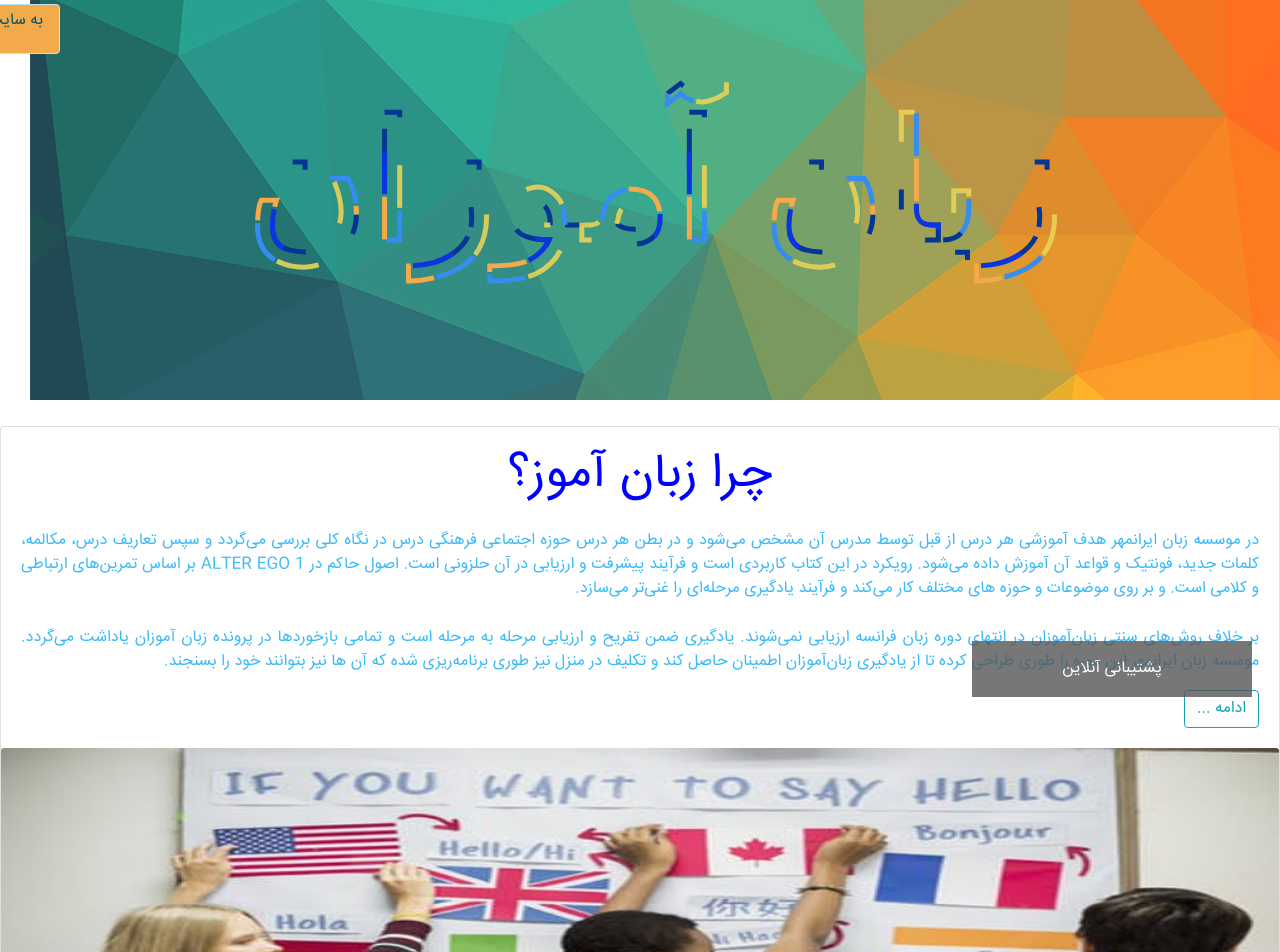
Repository: nikmahla/ZabanAmozan
Page: LanguageWebSite.html
These files come from the project's save history. The page is drawn as it stood at one moment and after the next save; the edit follows.
The browser window is 1280 px wide. The pictures show the part of the page from y = 0 to 952 px (the page is 3961 px tall).
A picture or video elsewhere on the page could not be fetched, so the positions and the page height are approximate.

Above is the page before, as saved 2019-10-11 22:38:00.

After the next save:
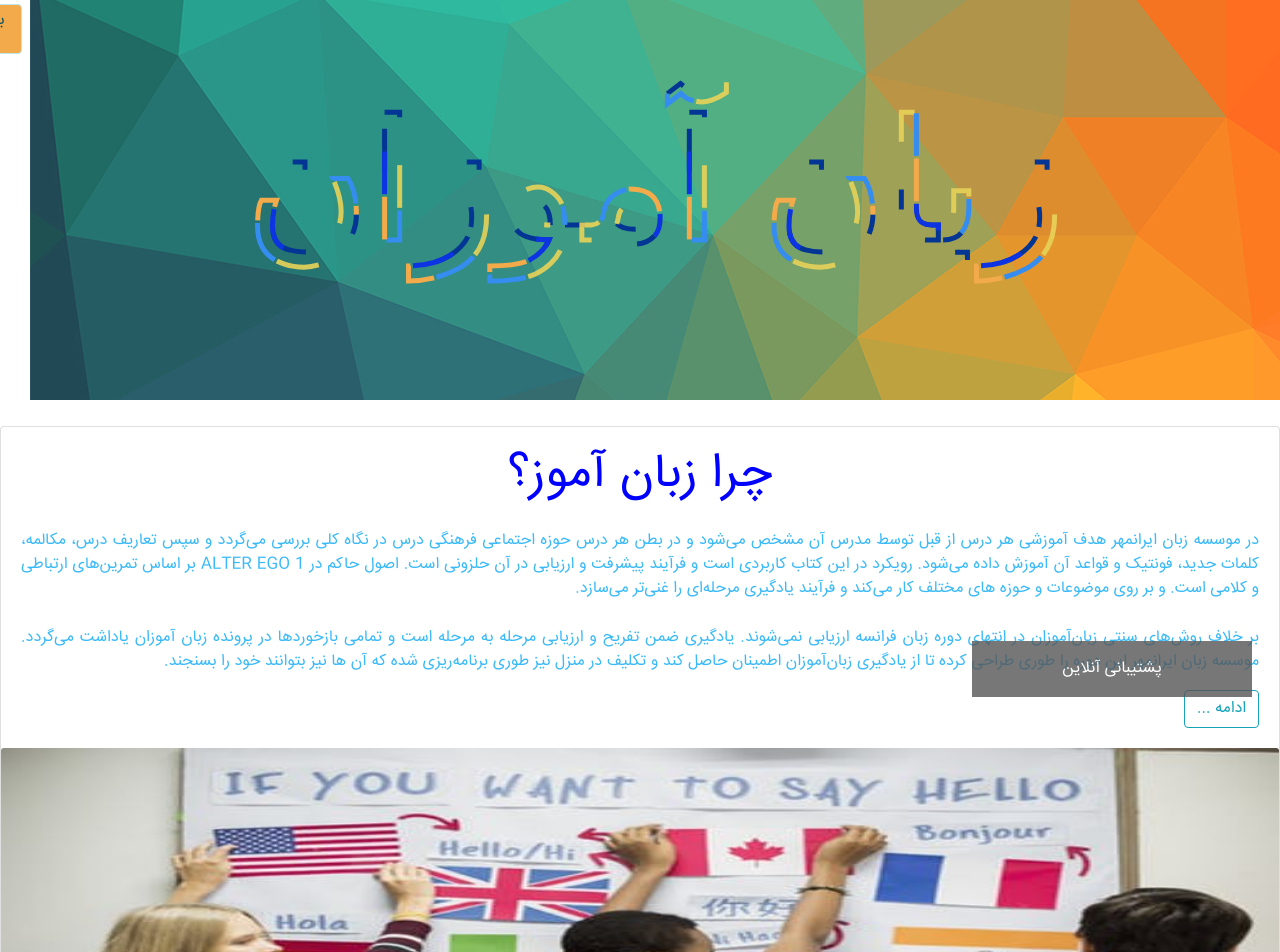
Saved 8 s later.
--- a/LanguageWebSite.html
+++ b/LanguageWebSite.html
@@ -304,7 +304,7 @@
                 $('#alert').slideDown('slow');
 
                 var alert = $('#alert');
-                alert.animate({ right: '95%' }, "2000");
+                alert.animate({ right: '98%' }, "2000");
                 //alert.animate({ fontSize: '2.5em'  }, "1000");
             }, 1500);
         })
